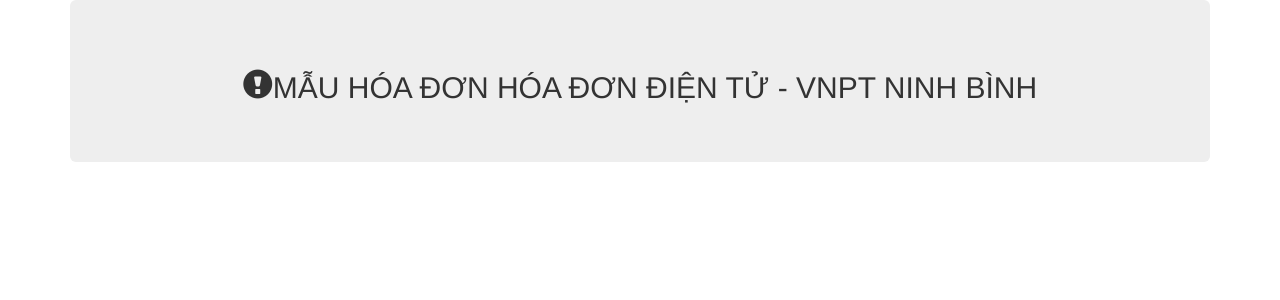
Repository: hoadonvnptninhbinh/hoadonvnptninhbinh
Page: index.html
These files come from the project's save history. The page is drawn as it stood at one moment and after the next save; the edit follows.
The browser window is 1280 px wide. The pictures show the whole page.

Above is the page before, as saved 2020-04-07 14:13:27.

After the next save:
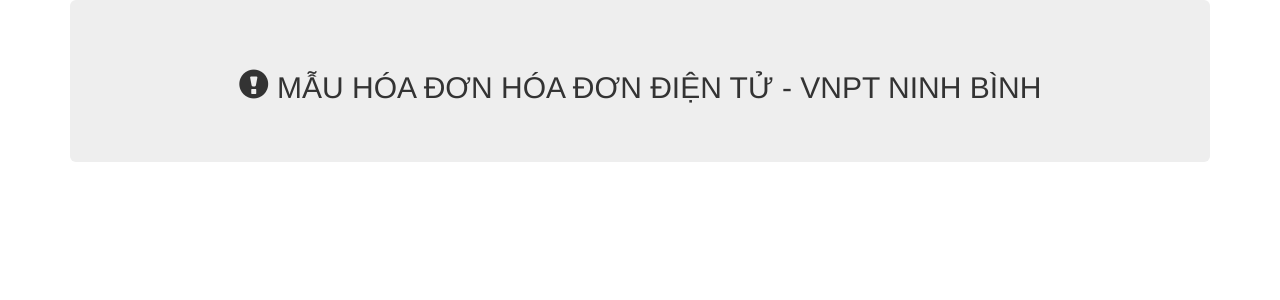
Saved 6 s later.
--- a/index.html
+++ b/index.html
@@ -15,7 +15,7 @@
   <body>
       <div class='container'>
           <div class="jumbotron">
-            <h2 style="text-align: center;"><span class="glyphicon glyphicon-exclamation-sign"></span>MẪU HÓA ĐƠN HÓA ĐƠN ĐIỆN TỬ - VNPT NINH BÌNH</h2>
+            <h2 style="text-align: center;"><span class="glyphicon glyphicon-exclamation-sign"></span> MẪU HÓA ĐƠN HÓA ĐƠN ĐIỆN TỬ - VNPT NINH BÌNH</h2>
           </div>
       </div>
 
